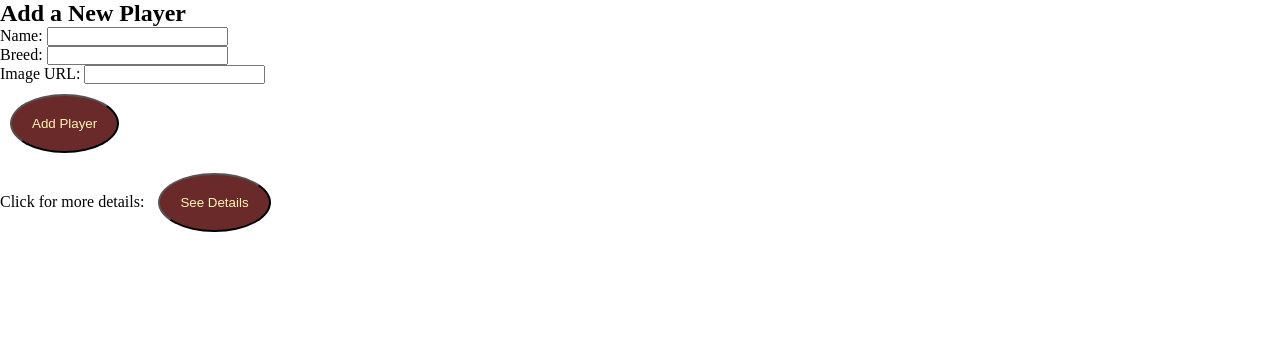
Repository: StaceyS27/puppybowl
Page: index.html
The author's editor kept a copy of each file at every save. The page is drawn from the files as they stood at one save, then again after the next save.
The browser window is 1280 px wide. The pictures show the whole page.

Above is the page before, as saved 2023-09-03 13:52:35.
Console error: TypeError: Cannot read properties of null (reading 'addEventListener')

### index.html
<!DOCTYPE html>
<html lang="en">
  <head>
    <meta charset="UTF-8" />
    <meta http-equiv="X-UA-Compatible" content="IE=edge" />
    <meta name="viewport" content="width=device-width, initial-scale=1.0" />
    <link rel="stylesheet" href="styles.css" />
    <title>PuppyBowl</title>
  </head>
  <body>
    <form id="new-player-form"></form>
    <h2>Add a New Player</h2>
    <label for="name">Name:</label>
    <input type="text" id="name" name="name" required /><br />
    <label for="breed">Breed:</label>
    <input type="text" id="breed" name="breed" required /><br />
    <label for="imageUrl">Image URL:</label>
    <input type="text" id="imageUrl" name="imageUrl" required /><br />
    <button type="submit">Add Player</button>
    <main></main>
    <form id="See Details"></form>
    <label for="See Details">Click for more details:</label>
    <button type="See details">See Details</button>
    <script src="./script.js"></script>
  </body>
</html>

### styles.css
*{
  padding: 0;
  margin: 0;
  box-sizing: border-box;
}

/*-------------------NAV BAR-------------------*/
.navbar {
  margin-bottom: 20px;
  padding: 10px;
  background-image: linear-gradient(goldenrod, gold, yellow);
  border-bottom: solid 20px yellow;
}
.navbar a:hover{
  font-weight: bold;
}
.navbar>a {
  color: rgb(0, 26, 78);
  font-family: Arial, Helvetica, sans-serif;
  padding: 20px;
  text-decoration: none;
}
/*-------------------GRID-------------------*/
#player-container {
  display: grid;
  grid-template-columns: repeat(4, 1fr);
  grid-template-rows: repeat(3, 1fr);
  column-gap: 20px;
  /*Adds spacing between columns; especially the nav bar background color and other content*/
}

/*All div children of player container will have this styling. NOTE: some may be changed with !important*/
#player-container>div {
  border: solid 5px rgb(0, 26, 78);
  border-radius: 10%;
  margin: 10px;
  padding: 20px;
  background-image: linear-gradient(rgb(0, 26, 78), goldenrod);
  color: rgb(255, 244, 179);
  font-family: Arial, Helvetica, sans-serif;
}

/*-------------------PUPPY IMAGE-------------------*/
/*Sizing for puppy images */
img {
  margin-top: 10px;
  margin-bottom: 10px;
  border: solid 5px rgb(0, 26, 78);
  height: 200px;
  width: 150px;
  align-items: center;
}
/*-------------------BUTTON STYLING-------------------*/
button {
  border-radius: 50%;
  margin: 10px;
  padding: 20px;
  background-color: rgb(106, 42, 42);
  color: rgb(255, 244, 179);
  font-family: Arial, Helvetica, sans-serif;
}

### script.js
// Use the API_URL variable to make fetch requests to the API.
// Replace the placeholder with your cohort name (ex: 2109-UNF-HY-WEB-PT)
const cohortName = "2306-GHP-ET-WEB-PT-SF";
const API_URL = `https://fsa-puppy-bowl.herokuapp.com/api/${cohortName}`;

/**
 * Fetches all players from the API.
 * @returns {Object[]} the array of player objects
 */
const fetchAllPlayers = async () => {
  try {
    const response = await fetch(`${API_URL}/players`);
    const result = await response.json();
    const playersArray = result.data.players
    console.log(playersArray);
    return playersArray;
  } catch (err) {
    console.error("Uh oh, trouble fetching players!", err);
  }
};

/**
 * Fetches a single player from the API.
 * @param {number} playerId
 * @returns {Object} the player object
 */
const fetchSinglePlayer = async (playerId) => {
  try {
    const response = await fetch (`${API_URL}/players/${playerId}`)
    const result = await response.json();
    console.log(result);
    return result;
  } catch (err) {
    console.error(`Oh no, trouble fetching player #${playerId}!`, err);
  }
}


/**
 * Adds a new player to the roster via the API.
 * @param {Object} playerObj the player to add
 * @returns {Object} the player returned by the API
 */
const addNewPlayer = async (playerObj) => {
  try {
    // TODO
  } catch (err) {
    console.error("Oops, something went wrong with adding that player!", err);
  }
};

/**
 * Removes a player from the roster via the API.
 * @param {number} playerId the ID of the player to remove
 */
const removePlayer = async (playerId) => {
  try {
    // TODO
  } catch (err) {
    console.error(
      `Whoops, trouble removing player #${playerId} from the roster!`,
      err
    );
  }
};

/**
 * Updates `<main>` to display a list of all players.
 *
 * If there are no players, a corresponding message is displayed instead.
 *
 * Each player is displayed in a card with the following information:
 * - name
 * - id
 * - image (with alt text of the player's name)
 *
 * Additionally, each card has two buttons:
 * - "See details" button that, when clicked, calls `renderSinglePlayer` to
 *    display more information about the player
 * - "Remove from roster" button that, when clicked, will call `removePlayer` to
 *    remove that specific player and then re-render all players
 *
 * Note: this function should replace the current contents of `<main>`, not append to it.
 * @param {Object[]} playerList - an array of player objects
 */
const renderAllPlayers = (playerList) => {
  // TODO
};
// Inside your script.js file

// Function to handle form submission and add a new player
async function addPlayer(event) {
    event.preventDefault();

    const form = event.target;
    const name = form.name.value;
    const breed = form.breed.value;
    const imageUrl = form.imageUrl.value;

    const newPlayer = {
        name: name,
        breed: breed,
        imageUrl: imageUrl,
        status: "rookie" // You can set the default status as needed
    };

    try {
        const response = await fetch(`${baseURL}/players`, {
            method: 'POST',
            headers: {
                'Content-Type': 'application/json'
            },
            body: JSON.stringify(newPlayer)
        });

        const result = await response.json();

        if (result.success) {
            // Player added successfully, update the roster display
            displayRoster();
            form.reset();
        } else {
            console.error(result.error.message);
        }
    } catch (err) {
        console.error(err);
    }
}

// Add a submit event listener to the form
const addPlayerForm = document.getElementById('add-player-form');
addPlayerForm.addEventListener('submit', addPlayer);

/**
 * Updates `<main>` to display a single player.
 * The player is displayed in a card with the following information:
 * - name
 * - id
 * - breed
 * - image (with alt text of the player's name)
 * - team name, if the player has one, or "Unassigned"
 *
 * The card also contains a "Back to all players" button that, when clicked,
 * will call `renderAllPlayers` to re-render the full list of players.
 * @param {Object} player an object representing a single player
 */
const renderSinglePlayer = (player) => {
  // TODO
};

/**
 * Fills in `<form id="new-player-form">` with the appropriate inputs and a submit button.
 * When the form is submitted, it should call `addNewPlayer`, fetch all players,
 * and then render all players to the DOM.
 */
const renderNewPlayerForm = () => {
  try {
    // TODO
  } catch (err) {
    console.error("Uh oh, trouble rendering the new player form!", err);
  }
};

/**
 * Initializes the app by fetching all players and rendering them to the DOM.
 */
const init = async () => {
  const players = await fetchAllPlayers();
  renderAllPlayers(players);

  renderNewPlayerForm();
};

// This script will be run using Node when testing, so here we're doing a quick
// check to see if we're in Node or the browser, and exporting the functions
// we want to test if we're in Node.
if (typeof window === "undefined") {
  module.exports = {
    fetchAllPlayers,
    fetchSinglePlayer,
    addNewPlayer,
    removePlayer,
    renderAllPlayers,
    renderSinglePlayer,
    renderNewPlayerForm,
  };
} else {
  init();
}

After the next save:
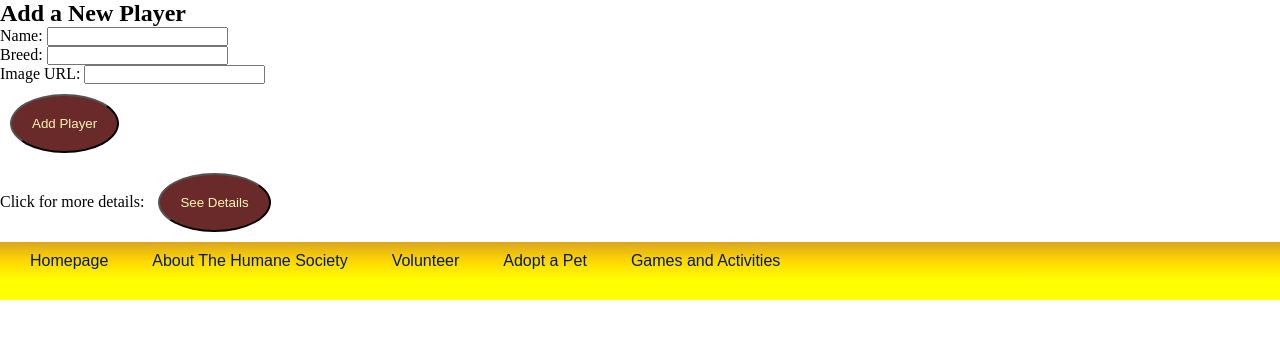
Saved 4 min 28 s later.
--- a/index.html
+++ b/index.html
@@ -21,6 +21,31 @@
     <form id="See Details"></form>
     <label for="See Details">Click for more details:</label>
     <button type="See details">See Details</button>
+    <!DOCTYPE html>
+    <html lang="en">
+      <head>
+        <meta charset="UTF-8" />
+        <meta http-equiv="X-UA-Compatible" content="IE=edge" />
+        <meta name="viewport" content="width=device-width, initial-scale=1.0" />
+        <link rel="stylesheet" href="styles.css" />
+        <title>PuppyBowl</title>
+      </head>
+      <body>
+        <nav>
+          <div class="navbar">
+            <a href=" ">Homepage</a>
+            <a href=" ">About The Humane Society</a>
+            <a href=" ">Volunteer</a>
+            <a href=" ">Adopt a Pet</a>
+            <a href=" ">Games and Activities</a>
+          </div>
+        </nav>
+        <form id="new-player-form"></form>
+        <main id="player-container"></main>
+
+        <script src="./script.js"></script>
+      </body>
+    </html>
     <script src="./script.js"></script>
   </body>
 </html>

After the 2 saves that followed:
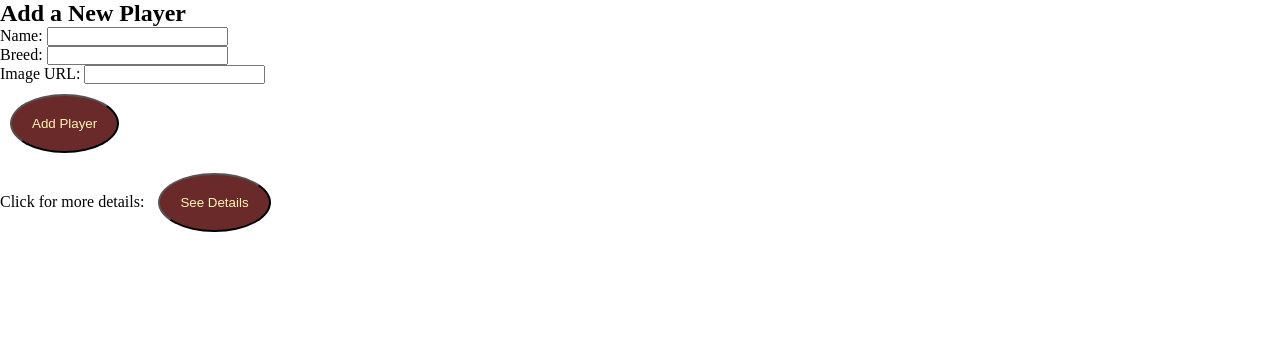
The 2 saves are shown as one change because they came seconds apart.
The last was saved 59 s later.
--- a/index.html
+++ b/index.html
@@ -31,17 +31,6 @@
         <title>PuppyBowl</title>
       </head>
       <body>
-        <nav>
-          <div class="navbar">
-            <a href=" ">Homepage</a>
-            <a href=" ">About The Humane Society</a>
-            <a href=" ">Volunteer</a>
-            <a href=" ">Adopt a Pet</a>
-            <a href=" ">Games and Activities</a>
-          </div>
-        </nav>
-        <form id="new-player-form"></form>
-        <main id="player-container"></main>
 
         <script src="./script.js"></script>
       </body>
